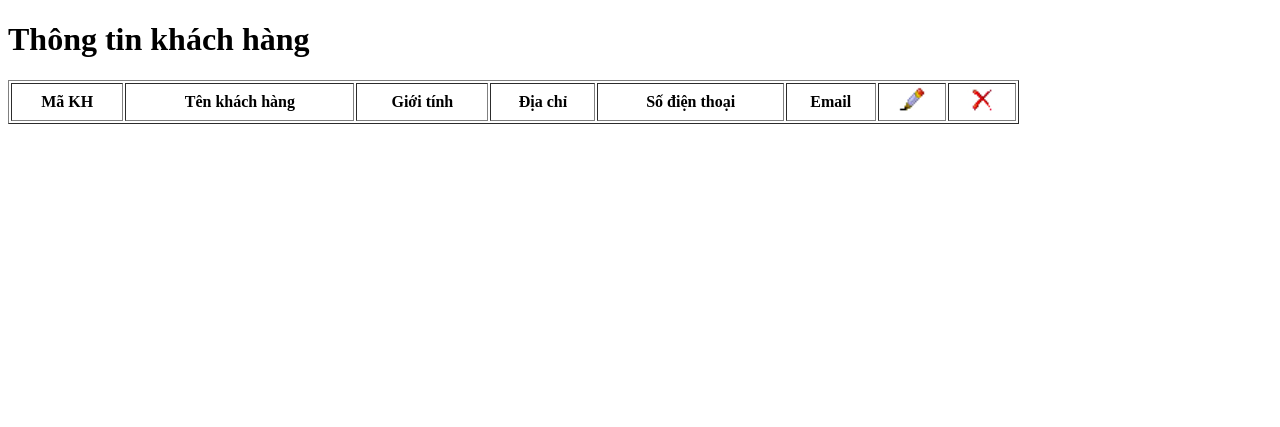
Repository: hoa-nguyen-bk/Module_3
Page: http://localhost/BTVN_bai2_QuanLyBanSua/thong_tin_khach_hang.jsp
These files come from the project's save history. The page is drawn as it stood at one moment and after the next save; the edit follows.
The browser window is 1280 px wide. The pictures show the whole page.
The page is served by Tomcat 9. Other server files are loaded and not shown. Queries for data that is not in the repository find no rows.

Above is the page before, as saved 2024-08-10 03:53:23.

### BTVN_bai2_QuanLyBanSua/src/main/webapp/thong_tin_khach_hang.jsp
<%@page import="java.sql.ResultSet"%>
<%@page import="java.sql.Statement"%>
<%@page import="businessLogic.CSDL"%>
<%@page import="java.sql.Connection"%>
<%@ page language="java" contentType="text/html; charset=UTF-8"
    pageEncoding="UTF-8"%>
<!DOCTYPE html>
<html>
<head>
<meta charset="UTF-8">
<title>Thông tin khách hàng</title>
<%!
	Connection con = CSDL.getCon();
	Statement stm;
	ResultSet rs;
	String sql = "SELECT * FROM khach_hang";
%>
<%
stm = con.createStatement();
rs=stm.executeQuery(sql);
%>
<link rel="stylesheet" href="css/style.css">
</head>
<body>
	<h1>Thông tin khách hàng</h1>
	<table border="1">
		<tr>
			<th>Mã KH</th>
			<th>Tên khách hàng</th>
			<th>Giới tính</th>
			<th>Địa chỉ</th>
			<th>Số điện thoại</th>
			<th>Email</th>
			<th><img src="img/but_sua.png" alt="" /></th>
			<th><img src="img/but_xoa.png" alt="" /></th>
		</tr>
		<% while (rs.next()){ %>
			<tr>
				<td><%=rs.getString("ma_khach_hang") %></td>
				<td><%=rs.getString("ten_khach_hang") %></td>
				<td><img src="img/<%=rs.getBoolean("phai")?"nu":"nam" %>.jpg" alt="" /></td>
				<td><%=rs.getString("dia_chi") %></td>
				<td><%=rs.getString("dien_thoai") %></td>
				<td><%=rs.getString("email") %></td>
				<td>Sửa</td>
				<td>Xóa</td>
			</tr>
		<% } %>
	</table>
	<br/>

</body>
</html>

### BTVN_bai2_QuanLyBanSua/src/main/java/businessLogic/CSDL.java
package businessLogic;

import java.sql.Connection;
import java.sql.DriverManager;
import java.sql.SQLException;

public class CSDL {
	private static Connection con;
	private static String url="jdbc:mysql://localhost:3309/ql_bansua?useUnicode=true&characterEncoding=UTF-8";
	public static Connection getCon() {
		try {
			Class.forName("com.mysql.jdbc.Driver");
			con = DriverManager.getConnection(url,"root","");

		} catch (ClassNotFoundException e) {
			// TODO Auto-generated catch block
			e.printStackTrace();
			return null;
		} catch (SQLException e) {
			// TODO Auto-generated catch block
			e.printStackTrace();
			return null;
		}
		return con;

	}
//	public static void main(String[] args) {
//		// TODO Auto-generated method stub
//		Connection kn = getCon();
//		if(kn!=null) {
//			System.out.println("Kết nối thành công");
//		} else {
//			System.out.println("Kết nối thất bại");
//		}
//	}

}

### BTVN_bai2_QuanLyBanSua/src/main/webapp/css/style.css
@charset "UTF-8";
caption {
	font-size: 25px;
}

table {
	width: 80%;
}

img {
	width: 30px;
	height: 30px;
}

td:nth-child(3) {
	text-align: center;
}

th {
	height: 25px;
}
tr:nth-child(even){
	background-color: yellow;
}

After the next save:
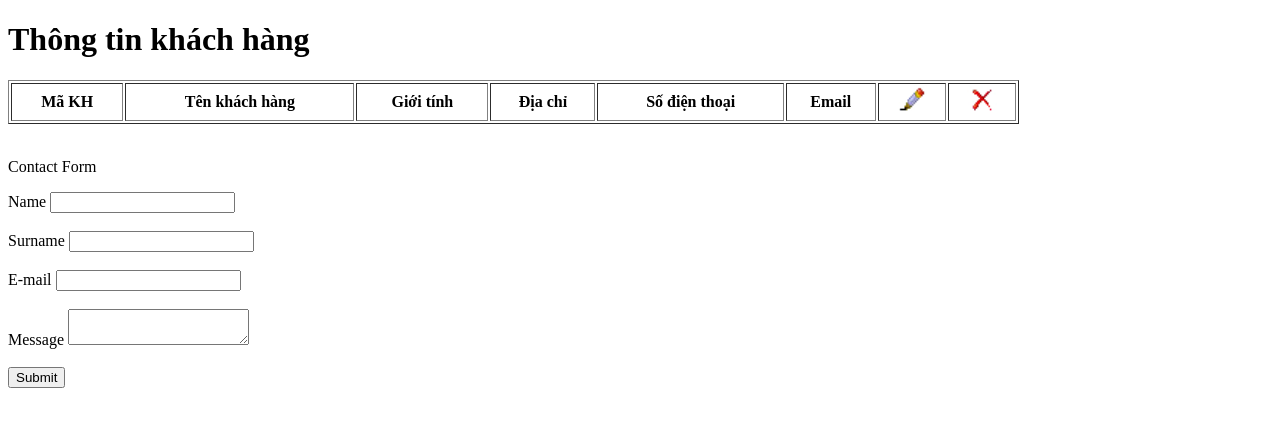
Saved 3 min 37 s later.
--- a/BTVN_bai2_QuanLyBanSua/src/main/webapp/thong_tin_khach_hang.jsp
+++ b/BTVN_bai2_QuanLyBanSua/src/main/webapp/thong_tin_khach_hang.jsp
@@ -48,6 +48,40 @@ rs=stm.executeQuery(sql);
 		<% } %>
 	</table>
 	<br/>
+	<div id="search_form" class="nes-container with-title">
+   <p class="title">Contact Form</p>
 
+   <div class="input">
+      <label>Name</label>
+      <input type="text" class="nes-input">
+   </div>
+
+   <br />
+
+   <div class="input">
+      <label>Surname</label>
+      <input type="text" class="nes-input">
+   </div>
+
+   <br />
+
+   <div class="input">
+      <label>E-mail</label>
+      <input type="email" class="nes-input">
+   </div>
+
+   <br />
+
+   <div class="input">
+      <label>Message</label>
+      <textarea class="nes-input"></textarea>
+   </div>
+
+   <br />
+
+   <div class="input">
+      <button type="submit" class="nes-btn">Submit</button>
+   </div>
+</div>
 </body>
 </html>
